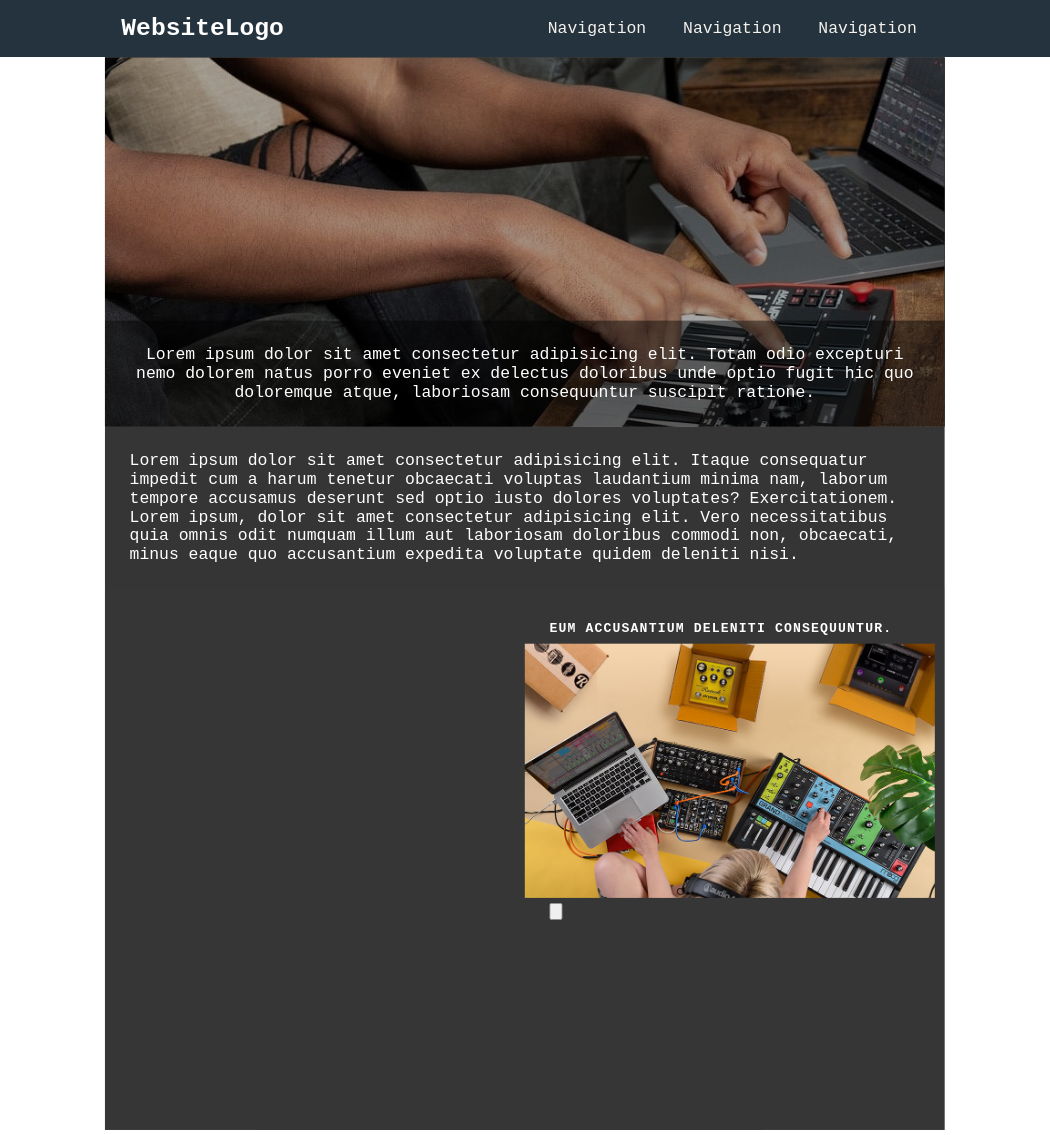
Repository: piotrokrutniak/Projekt-Studia
Page: index.html
These files come from the project's save history. The page is drawn as it stood at one moment and after the next save; the edit follows.
The browser window is 1280 px wide. The pictures show the whole page, at 82% of full size.

Above is the page before, as saved 2023-03-04 15:22:53.

After the next save:
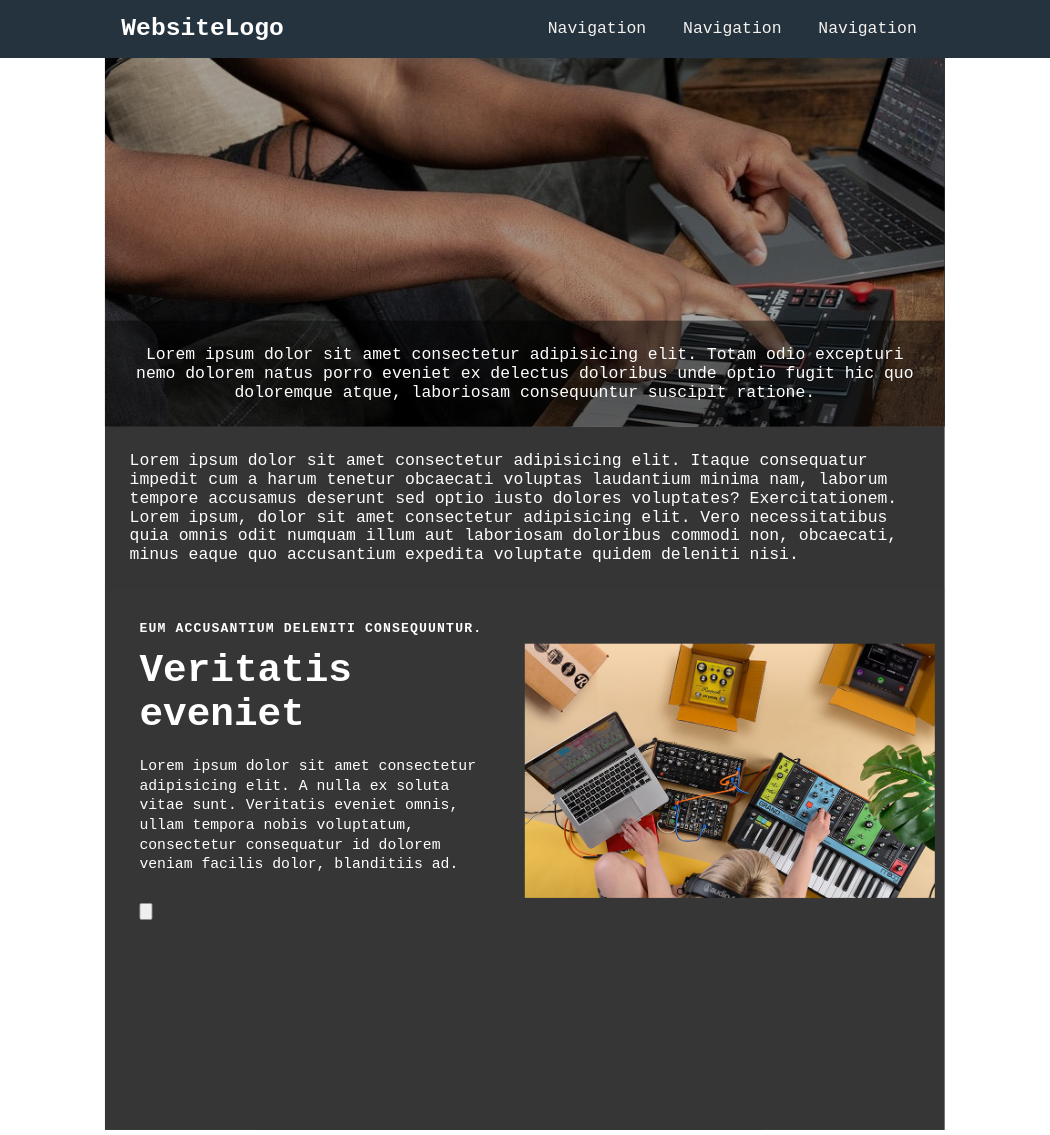
Saved 24 s later.
--- a/styles.css
+++ b/styles.css
@@ -190,7 +190,7 @@ a{
     display:grid;
     grid-auto-columns:minmax(358px,1fr);
     align-items:center;
-    grid-template-areas: LeftColumn RightColumn;
+    grid-template-areas: 'LeftColumn RightColumn';
     /*
     grid-template-areas: ${({imgStart})=>(imgStart ? `'RightColumn LeftColumn'`:`'LeftColumn RightColumn'`)};
     */
